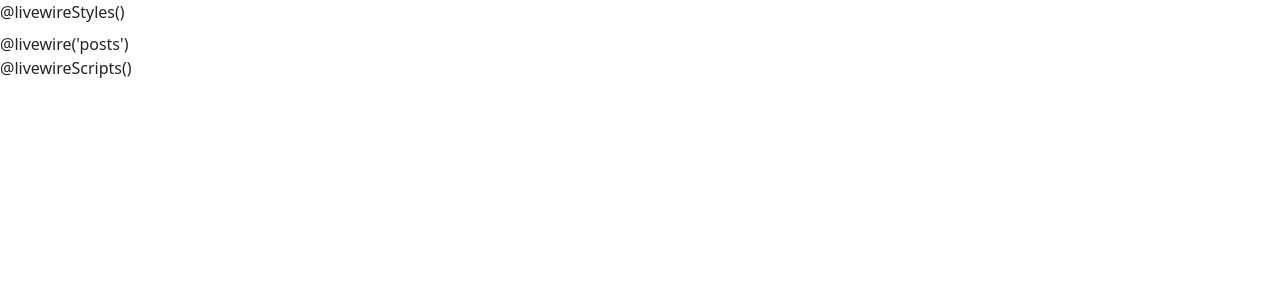
Repository: rkrukshan/Laravel-CRUD-with-Livewire-V-3.0
Page: http://localhost/
The author's editor kept a copy of each file at every save. The page is drawn from the files as they stood at one save, then again after the next save.
The browser window is 1280 px wide. The pictures show the whole page.
The page is served by the project's Laravel application, run on PHP 8.4 with Laravel 10. Other server files are loaded and not shown.

Above is the page before, as saved 2023-11-10 22:01:02.

### app/Providers/AppServiceProvider.php
<?php

namespace App\Providers;

use Illuminate\Support\Facades\Schema;
use Illuminate\Support\ServiceProvider;

class AppServiceProvider extends ServiceProvider
{
    /**
     * Register any application services.
     */
    public function register(): void
    {
        //
    }

    /**
     * Bootstrap any application services.
     */
    public function boot(): void
    {
        Schema::defaultStringLength('191');
    }
}

### resources/views/welcome.blade.php
<!doctype html>
<html lang="en">
  <head>
    <meta charset="utf-8">
    <meta name="viewport" content="width=device-width, initial-scale=1">
    <title>Bootstrap demo</title>
    <link href="https://cdn.jsdelivr.net/npm/bootstrap@5.3.2/dist/css/bootstrap.min.css" rel="stylesheet" integrity="sha384-T3c6CoIi6uLrA9TneNEoa7RxnatzjcDSCmG1MXxSR1GAsXEV/Dwwykc2MPK8M2HN" crossorigin="anonymous">
    @livewireStyles()
  </head>
  <body>
<div>
    <h1></h1>
    @livewire('posts')
    </div>
        <script src="https://cdn.jsdelivr.net/npm/bootstrap@5.3.2/dist/js/bootstrap.bundle.min.js" integrity="sha384-C6RzsynM9kWDrMNeT87bh95OGNyZPhcTNXj1NW7RuBCsyN/o0jlpcV8Qyq46cDfL" crossorigin="anonymous"></script>
  @livewireScripts()

  </body>
</html>

Loaded but not shown: routes/web.php (common file)

After the next save:
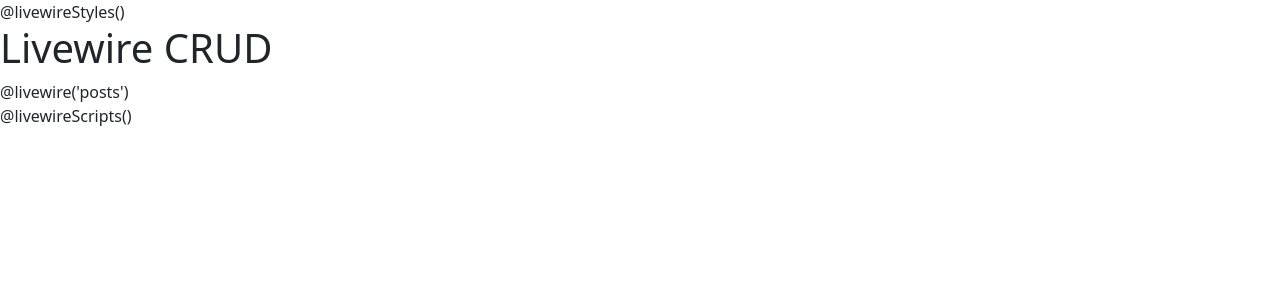
Saved 6 s later.
--- a/resources/views/welcome.blade.php
+++ b/resources/views/welcome.blade.php
@@ -9,7 +9,7 @@
   </head>
   <body>
 <div>
-    <h1></h1>
+    <h1>Livewire CRUD</h1>
     @livewire('posts')
     </div>
         <script src="https://cdn.jsdelivr.net/npm/bootstrap@5.3.2/dist/js/bootstrap.bundle.min.js" integrity="sha384-C6RzsynM9kWDrMNeT87bh95OGNyZPhcTNXj1NW7RuBCsyN/o0jlpcV8Qyq46cDfL" crossorigin="anonymous"></script>
